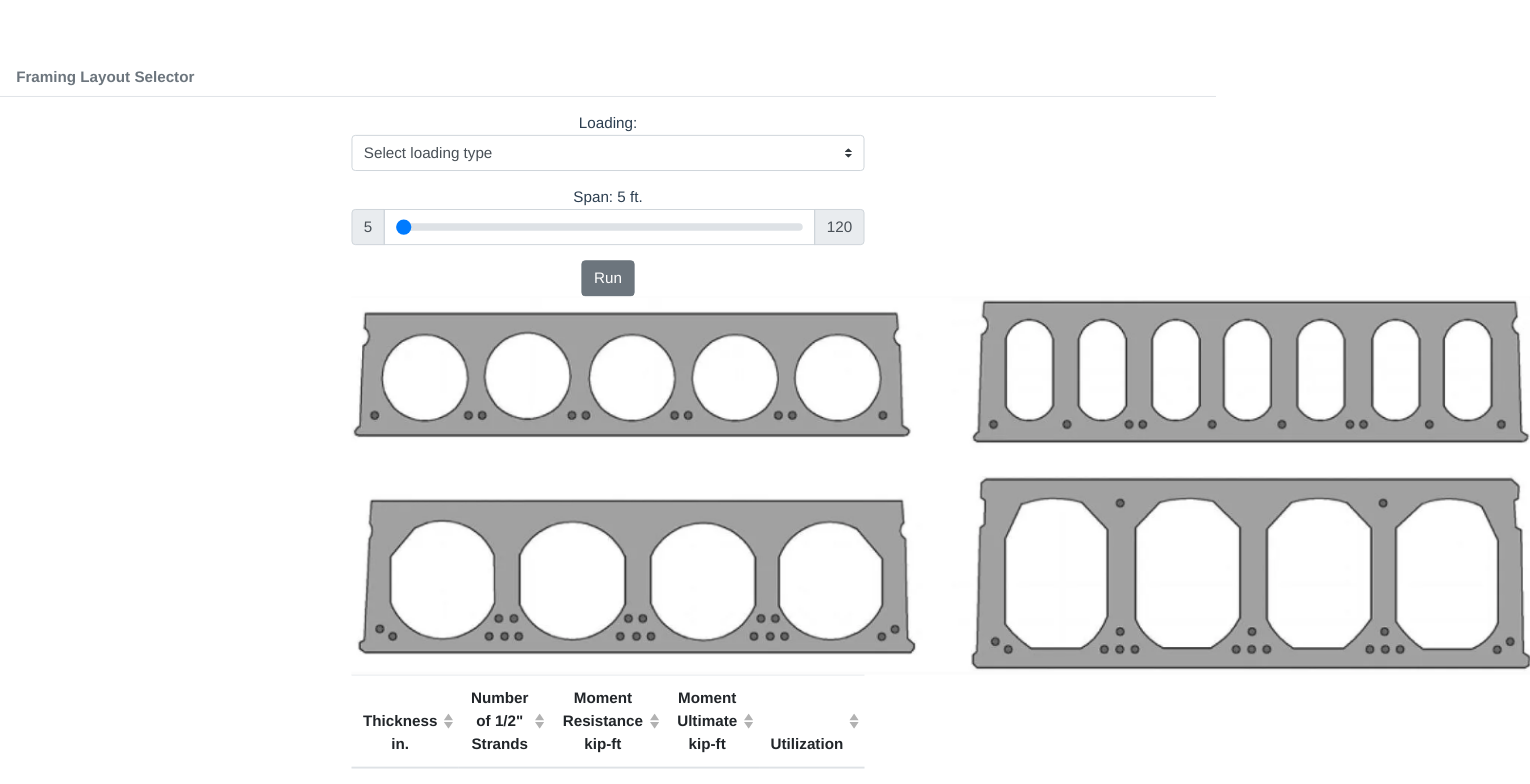
Repository: kanwarjohal/framingconceptclient
Page: /
An editor plug-in stored every save of this project. The page is shown before and after the next save, followed by the edit.
The browser window is 1280 px wide. The page is 1611 px wide, then 1280 px, then 1611 px, so the pictures cover 1611 px, including what lies to the right of the window. The pictures show the whole page, at 95% of full size.
The page's requests for data from a server got no answer. The project was rebuilt for these pictures with package versions that can differ from the ones it lists, and the page was loaded fresh each time. No one was signed in, and anything a server would have sent is missing.

Above is the page before, as saved 2020-04-10 17:17:27.

### src/main.js
import Vue from 'vue'
import App from './App.vue'
import { BootstrapVue} from 'bootstrap-vue'
import 'bootstrap/dist/css/bootstrap.css'
import 'bootstrap-vue/dist/bootstrap-vue.css'
import axios from 'axios'
import VueAxios from 'vue-axios'

// Install BootstrapVue
Vue.use(BootstrapVue)
Vue.prototype.$http = axios

Vue.config.productionTip = false

new Vue({
  render: h => h(App),
}).$mount('#app')

### src/components/Header.vue
<template>
    <div>
        <b-nav tabs>
            <b-nav-item disabled><b>Framing Layout Selector</b></b-nav-item>
        </b-nav>
    </div>
</template>

### src/components/LoadingType.vue


<template>
<div>
    <!-- <div class="mt-3">Building Type:</div>
    <div>
    <b-form-select v-model="selected_building">
        <option value="Select building">Select building type.</option>
        <option :value="l.loading_type" v-for="l in firstliveload" :key="l.loading">{{l.loading_type}}</option>
    </b-form-select>
    </div> -->
    <div class="mt-3">Loading:</div>
    <div>
    <b-form-select v-model="selected_loading">
        <option value="Select loading">Select loading type</option>
        <option :value="[l.occupancy, l.use, l.uniformloadpsf]" v-for="l in firstliveload">{{l.occupancy +" "+ l.use +" : "+ l.uniformloadpsf}} psf </option>
    </b-form-select>
    </div>
    <div class="mt-3">Span: {{ input_span }} ft.</div>
    <!-- <div id="app">
        <input id="my-field" v-model="input_span">
    </div> -->
    <div>
        <b-input-group prepend="5" append="120">
        <b-form-input type="range" min="5" max="120" v-model="input_span"></b-form-input>
        </b-input-group>
    </div>
    <div class="mt-3">
        <b-button v-on:click="postPost">Run</b-button>
    </div>
    <div>
        <b-img src="/hollowcoresections.png"></b-img>
    </div>
    <div>
    <b-table striped hover :items="hollowcoreitems" :fields="fields"></b-table>
    </div>
</div>
</template>


<script>
import axios from 'axios'
    export default {
        data(){
                return{selected_loading:"Select loading",
                selected_building:"Select building",
                input_span:"5", hollowcoreitems:[],
                fields: [
                    {
                    key: 'depth',
                    label: 'Thickness in.',
                    sortable: true
                    },
                    {
                    key: 'strands13mm',
                    label: 'Number of 1/2" Strands',
                    sortable: true
                    },
                    {
                    key: 'mr',
                    label: 'Moment Resistance kip-ft',
                    sortable: true,
                    },
                    {
                    key: 'mu',
                    label: 'Moment Ultimate kip-ft',
                    sortable: true
                    },
                    {
                    key: 'utilization',
                    label: 'Utilization',
                    sortable: true
                    },
                ],
                }
        },
        props: {
            firstliveload: Array
        },
        methods: {
            postPost: function() {
                axios({
                    method: 'post',
                    url: 'https://strukanwar.herokuapp.com/framingrequest',
                    data: { userinput: this.selected_loading,
                            span: this.input_span
                    }
                }).then((response) => {
                    console.log(response.data)
                    this.hollowcoreitems = response.data
                })
            }
        }
    }
</script>

//    .then((response) => {
//                 return response.json()
//             })
//             .then((jsonData) => {
//                 this.framingresponse = jsonData.framingresponse;
//             })

Loaded but not shown: public/index.html (common file); src/App.vue (common file)

After the next save:
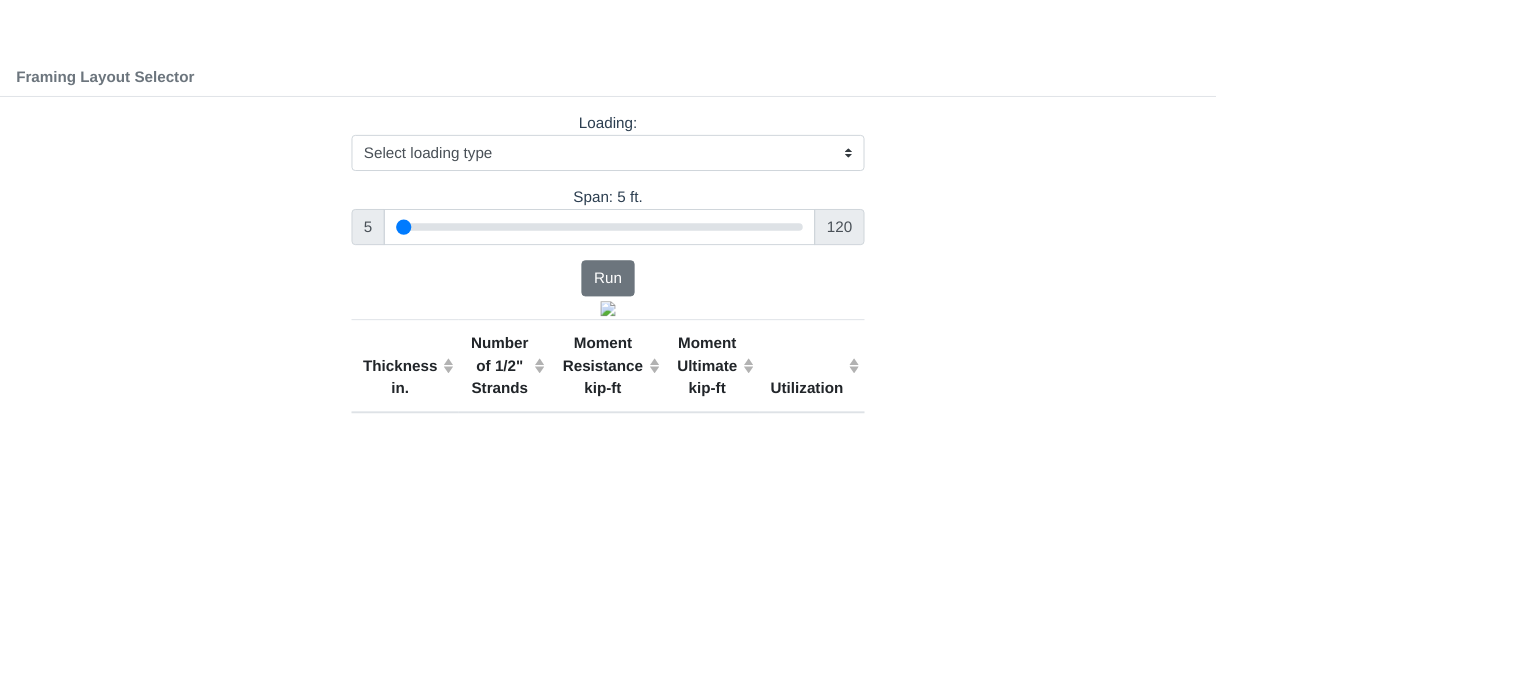
Not found: '/hollowcoresections.png'
Saved 56 min 34 s later.
--- a/src/components/LoadingType.vue
+++ b/src/components/LoadingType.vue
@@ -29,7 +29,7 @@
         <b-button v-on:click="postPost">Run</b-button>
     </div>
     <div>
-        <b-img src="/hollowcoresections.png"></b-img>
+        <b-img src="'/hollowcoresections.png'"></b-img>
     </div>
     <div>
     <b-table striped hover :items="hollowcoreitems" :fields="fields"></b-table>

After the 2 saves that followed:
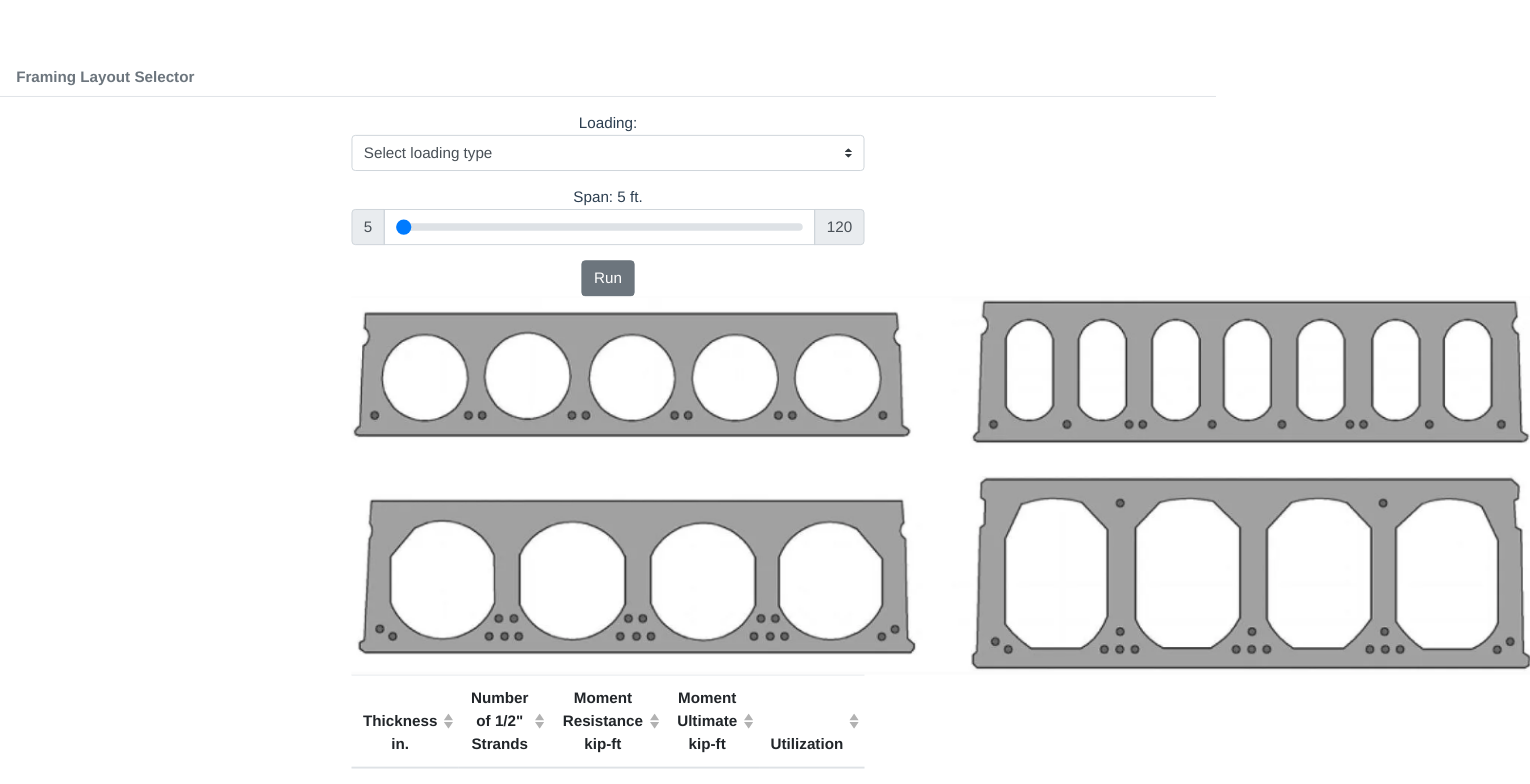
The 2 saves are shown as one change because 1 left the picture as it was.
The last was saved 42 s later.
--- a/src/components/LoadingType.vue
+++ b/src/components/LoadingType.vue
@@ -29,7 +29,7 @@
         <b-button v-on:click="postPost">Run</b-button>
     </div>
     <div>
-        <b-img src="'/hollowcoresections.png'"></b-img>
+        <img v-bind:src="'/hollowcoresections.png'">
     </div>
     <div>
     <b-table striped hover :items="hollowcoreitems" :fields="fields"></b-table>
